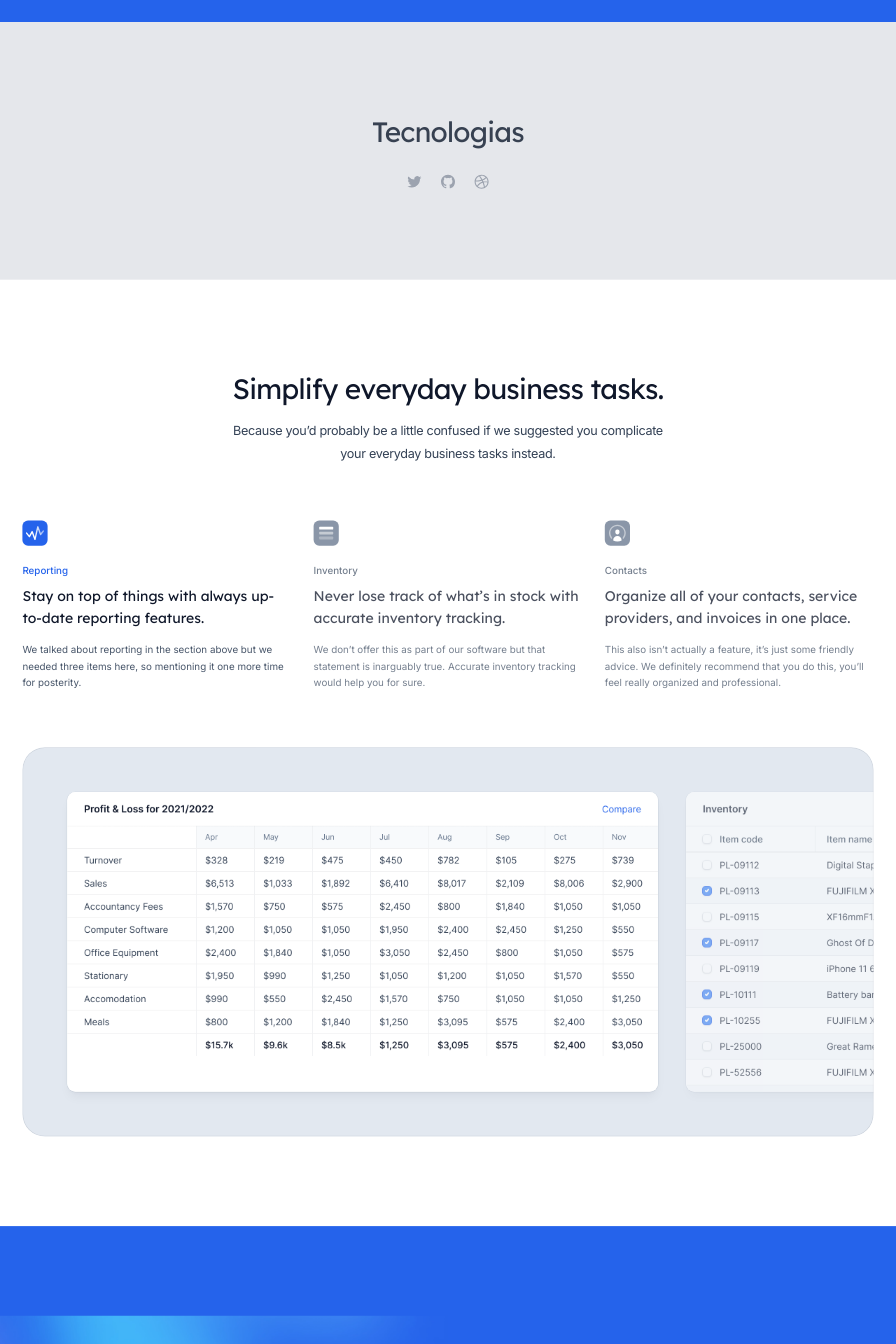
Repository: LuisSempre/imaginative
Page: /
An editor plug-in stored every save of this project. The page is shown before and after the next save, followed by the edit.
The browser window is 1280 px wide. The pictures show the part of the page from y = 3031 to 4951 px (the page is 10286 px tall before and 10262 px after), at 70% of full size.
The project was rebuilt for these pictures with package versions that can differ from the ones it lists, and the page was loaded fresh each time. The framework's server and built-in components were replaced by stand-ins that run in the browser. Also part of the build but not shown: next.config.js.

Above is the page before, as saved 2022-07-15 11:05:42.

### src/pages/index.jsx
import Head from 'next/head'

import { CallToAction } from '@/components/CallToAction'
import { Faqs } from '@/components/Faqs'
import { Footer } from '@/components/Footer'
import { Header } from '@/components/Header'
import { Hero } from '@/components/Hero'
import { Contact } from '@/components/Contact'
import { PrimaryFeatures } from '@/components/PrimaryFeatures'
import { SecondaryFeatures } from '@/components/SecondaryFeatures'
import { Testimonials } from '@/components/Testimonials'
import { Tecnology } from '@/components/Tecnology'

export default function Home() {
  return (
    <>
      <Head>
        <title>TaxPal - Accounting made simple for small businesses</title>
        <meta
          name="description"
          content="Most bookkeeping software is accurate, but hard to use. We make the opposite trade-off, and hope you don’t get audited."
        />
      </Head>
      <Header />
      <main>
        <Hero />
        <PrimaryFeatures />
        <Tecnology />
        <SecondaryFeatures />
        <CallToAction />
        <Testimonials />
        <Contact />
        <Faqs />
      </main>
      <Footer />
    </>
  )
}

### src/components/CallToAction.jsx
import Image from 'next/future/image'

import { Button } from '@/components/Button'
import { Container } from '@/components/Container'
import backgroundImage from '@/images/background-call-to-action.jpg'

export function CallToAction() {
  return (
    <section
      id="get-started-today"
      className="relative overflow-hidden bg-blue-600 py-32"
    >
      <Image
        className="absolute top-1/2 left-1/2 max-w-none -translate-x-1/2 -translate-y-1/2"
        src={backgroundImage}
        alt=""
        width={2347}
        height={1244}
        unoptimized
      />
      <Container className="relative">
        <div className="mx-auto max-w-lg text-center">
          <h2 className="font-display text-3xl tracking-tight text-white sm:text-4xl">
            Get started today
          </h2>
          <p className="mt-4 text-lg tracking-tight text-white">
            It’s time to take control of your books. Buy our software so you can
            feel like you’re doing something productive.
          </p>
          <Button href="/register" color="white" className="mt-10">
            Get 6 months free
          </Button>
        </div>
      </Container>
    </section>
  )
}

### src/components/Footer.jsx
import Link from 'next/link'

import { Container } from '@/components/Container'
import { Logo } from '@/components/Logo'
import { NavLink } from '@/components/NavLink'

export function Footer() {
  return (
    <footer className="bg-slate-50">
      <Container>
        <div className="py-16">
          <Logo className="mx-auto h-10 w-auto" />
          <nav className="mt-10 text-sm" aria-label="quick links">
            <div className="-my-1 flex justify-center gap-x-6">
              <NavLink href="#features">Features</NavLink>
              <NavLink href="#testimonials">Testimonials</NavLink>
              <NavLink href="#pricing">Pricing</NavLink>
            </div>
          </nav>
        </div>
        <div className="flex flex-col items-center border-t border-slate-400/10 py-10 sm:flex-row-reverse sm:justify-between">
          <div className="flex gap-x-6">
            <Link
              href="https://twitter.com"
              className="group"
              aria-label="TaxPal on Twitter"
            >
              <svg
                aria-hidden="true"
                className="h-6 w-6 fill-slate-500 group-hover:fill-slate-700"
              >
                <path d="M8.29 20.251c7.547 0 11.675-6.253 11.675-11.675 0-.178 0-.355-.012-.53A8.348 8.348 0 0 0 22 5.92a8.19 8.19 0 0 1-2.357.646 4.118 4.118 0 0 0 1.804-2.27 8.224 8.224 0 0 1-2.605.996 4.107 4.107 0 0 0-6.993 3.743 11.65 11.65 0 0 1-8.457-4.287 4.106 4.106 0 0 0 1.27 5.477A4.073 4.073 0 0 1 2.8 9.713v.052a4.105 4.105 0 0 0 3.292 4.022 4.093 4.093 0 0 1-1.853.07 4.108 4.108 0 0 0 3.834 2.85A8.233 8.233 0 0 1 2 18.407a11.615 11.615 0 0 0 6.29 1.84" />
              </svg>
            </Link>
            <Link
              href="https://github.com"
              className="group"
              aria-label="TaxPal on GitHub"
            >
              <svg
                aria-hidden="true"
                className="h-6 w-6 fill-slate-500 group-hover:fill-slate-700"
              >
                <path d="M12 2C6.477 2 2 6.484 2 12.017c0 4.425 2.865 8.18 6.839 9.504.5.092.682-.217.682-.483 0-.237-.008-.868-.013-1.703-2.782.605-3.369-1.343-3.369-1.343-.454-1.158-1.11-1.466-1.11-1.466-.908-.62.069-.608.069-.608 1.003.07 1.531 1.032 1.531 1.032.892 1.53 2.341 1.088 2.91.832.092-.647.35-1.088.636-1.338-2.22-.253-4.555-1.113-4.555-4.951 0-1.093.39-1.988 1.029-2.688-.103-.253-.446-1.272.098-2.65 0 0 .84-.27 2.75 1.026A9.564 9.564 0 0 1 12 6.844a9.59 9.59 0 0 1 2.504.337c1.909-1.296 2.747-1.027 2.747-1.027.546 1.379.202 2.398.1 2.651.64.7 1.028 1.595 1.028 2.688 0 3.848-2.339 4.695-4.566 4.943.359.309.678.92.678 1.855 0 1.338-.012 2.419-.012 2.747 0 .268.18.58.688.482A10.02 10.02 0 0 0 22 12.017C22 6.484 17.522 2 12 2Z" />
              </svg>
            </Link>
          </div>
          <p className="mt-6 text-sm text-slate-500 sm:mt-0">
            Copyright &copy; {new Date().getFullYear()} TaxPal. All rights
            reserved.
          </p>
        </div>
      </Container>
    </footer>
  )
}

### src/components/Header.jsx
import { Fragment } from 'react'
import Link from 'next/link'
import { Popover, Transition } from '@headlessui/react'
import clsx from 'clsx'
import { Container } from '@/components/Container'
import { Logo } from '@/components/Logo'
import { NavLink } from '@/components/NavLink'

function MobileNavLink({ href, children }) {
  return (
    <Popover.Button as={Link} href={href} className="block w-full p-2">
      {children}
    </Popover.Button>
  )
}

function MobileNavIcon({ open }) {
  return (
    <svg
      aria-hidden="true"
      className="h-3.5 w-3.5 overflow-visible stroke-slate-700"
      fill="none"
      strokeWidth={2}
      strokeLinecap="round"
    >
      <path
        d="M0 1H14M0 7H14M0 13H14"
        className={clsx(
          'origin-center transition',
          open && 'scale-90 opacity-0'
        )}
      />
      <path
        d="M2 2L12 12M12 2L2 12"
        className={clsx(
          'origin-center transition',
          !open && 'scale-90 opacity-0'
        )}
      />
    </svg>
  )
}

function MobileNavigation() {
  return (
    <Popover>
      <Popover.Button
        className="relative z-10 flex h-8 w-8 items-center justify-center [&:not(:focus-visible)]:focus:outline-none"
        aria-label="Toggle Navigation"
      >
        {({ open }) => <MobileNavIcon open={open} />}
      </Popover.Button>
      <Transition.Root>
        <Transition.Child
          as={Fragment}
          enter="duration-150 ease-out"
          enterFrom="opacity-0"
          enterTo="opacity-100"
          leave="duration-150 ease-in"
          leaveFrom="opacity-100"
          leaveTo="opacity-0"
        >
          <Popover.Overlay className="fixed inset-0 bg-slate-300/50" />
        </Transition.Child>
        <Transition.Child
          as={Fragment}
          enter="duration-150 ease-out"
          enterFrom="opacity-0 scale-95"
          enterTo="opacity-100 scale-100"
          leave="duration-100 ease-in"
          leaveFrom="opacity-100 scale-100"
          leaveTo="opacity-0 scale-95"
        >
          <Popover.Panel
            as="div"
            className="absolute inset-x-0 flex flex-col p-4 mt-4 text-lg tracking-tight origin-top bg-white shadow-xl top-full rounded-2xl text-slate-900 ring-1 ring-slate-900/5"
          >
            <MobileNavLink href="#services">Serviços</MobileNavLink>
            <MobileNavLink href="#portifolio">Portfólio</MobileNavLink>
            <MobileNavLink href="#sobre">Sobre</MobileNavLink>
          </Popover.Panel>
        </Transition.Child>
      </Transition.Root>
    </Popover>
  )
}

export function Header() {
  return (
    <header className="py-10">
      <Container>
        <nav className="relative z-50 flex justify-between">
          <div className="flex items-center md:gap-x-12">
            <Link href="#" aria-label="Home">
              <Logo className="w-auto h-10" />
            </Link>
          </div>
          <div className="flex items-center gap-x-5 md:gap-x-8">
            <div className="hidden md:flex">
              <NavLink href="#services">Serviços</NavLink>
              <NavLink href="#portifolio">Portfólio</NavLink>
              <NavLink href="#sobre">Sobre</NavLink>
            </div>
            <div className="-mr-1 md:hidden">
              <MobileNavigation />
            </div>
          </div>
        </nav>
      </Container>
    </header>
  )
}

### src/components/Hero.jsx
import Image from 'next/future/image'

import { Button } from '@/components/Button'
import { Container } from '@/components/Container'
import logoLaravel from '@/images/logos/laravel.svg'
import logoMirage from '@/images/logos/mirage.svg'
import logoStatamic from '@/images/logos/statamic.svg'
import logoStaticKit from '@/images/logos/statickit.svg'
import logoTransistor from '@/images/logos/transistor.svg'
import logoTuple from '@/images/logos/tuple.svg'

export function Hero() {
  return (
    <Container className="pt-20 pb-16 text-center lg:pt-32">
      <h1 className="max-w-4xl mx-auto text-5xl font-medium tracking-tight font-display text-slate-900 sm:text-7xl">
        Construindo{' '}
        <span className="relative text-blue-500 whitespace-nowrap">
          <svg
            aria-hidden="true"
            viewBox="0 0 418 42"
            className="absolute top-2/3 left-0 h-[0.58em] w-full fill-blue-300/70"
            preserveAspectRatio="none"
          >
            <path d="M203.371.916c-26.013-2.078-76.686 1.963-124.73 9.946L67.3 12.749C35.421 18.062 18.2 21.766 6.004 25.934 1.244 27.561.828 27.778.874 28.61c.07 1.214.828 1.121 9.595-1.176 9.072-2.377 17.15-3.92 39.246-7.496C123.565 7.986 157.869 4.492 195.942 5.046c7.461.108 19.25 1.696 19.17 2.582-.107 1.183-7.874 4.31-25.75 10.366-21.992 7.45-35.43 12.534-36.701 13.884-2.173 2.308-.202 4.407 4.442 4.734 2.654.187 3.263.157 15.593-.78 35.401-2.686 57.944-3.488 88.365-3.143 46.327.526 75.721 2.23 130.788 7.584 19.787 1.924 20.814 1.98 24.557 1.332l.066-.011c1.201-.203 1.53-1.825.399-2.335-2.911-1.31-4.893-1.604-22.048-3.261-57.509-5.556-87.871-7.36-132.059-7.842-23.239-.254-33.617-.116-50.627.674-11.629.54-42.371 2.494-46.696 2.967-2.359.259 8.133-3.625 26.504-9.81 23.239-7.825 27.934-10.149 28.304-14.005.417-4.348-3.529-6-16.878-7.066Z" />
          </svg>
          <span className="relative">software inovador</span>
        </span>{' '}
        para você crescer.
      </h1>
      <p className="max-w-2xl mx-auto mt-6 text-xl tracking-tight text-slate-700">
        Desenvolvimento de aplicativos web e mobile
      </p>
      <div className="flex justify-center mt-10 gap-x-6">
        <Button className="px-12 py-4 text-xl" href="#contato">
          Entre em contato
        </Button>
      </div>
      <div className="mt-36 lg:mt-44">
        <p className="text-base font-display text-slate-900">
         Confiado por empresas inovadoras
        </p>
        <ul
          role="list"
          className="flex items-center justify-center mt-8 gap-x-8 sm:flex-col sm:gap-x-0 sm:gap-y-10 xl:flex-row xl:gap-x-12 xl:gap-y-0"
        >
          {[
            [
              { name: 'Transistor', logo: logoTransistor },
              { name: 'Tuple', logo: logoTuple },
              { name: 'StaticKit', logo: logoStaticKit },
            ],
            [
              { name: 'Mirage', logo: logoMirage },
              { name: 'Laravel', logo: logoLaravel },
              { name: 'Statamic', logo: logoStatamic },
            ],
          ].map((group, groupIndex) => (
            <li key={groupIndex}>
              <ul
                role="list"
                className="flex flex-col items-center gap-y-8 sm:flex-row sm:gap-x-12 sm:gap-y-0"
              >
                {group.map((company) => (
                  <li key={company.name} className="flex">
                    <Image src={company.logo} alt={company.name} unoptimized />
                  </li>
                ))}
              </ul>
            </li>
          ))}
        </ul>
      </div>
    </Container>
  )
}

### src/components/Tecnology.jsx
import { Container } from '@/components/Container'
import { FaReact, FaVuejs, FaNodejs, FaPhoenixFramework } from 'react-icons/fa'
import { SiElixir, SiTypescript } from 'react-icons/si'
const navigation = {
  social: [
    // {
    //   name: 'Instagram',
    //   href: '#',
    //   icon: () => {
    //     return (
    //       <FaNodejs />
    //     )
    //   },
    // },
    {
      name: 'Twitter',
      href: '#',
      icon: (props) => (
        <svg fill="currentColor" viewBox="0 0 24 24" {...props}>
          <path d="M8.29 20.251c7.547 0 11.675-6.253 11.675-11.675 0-.178 0-.355-.012-.53A8.348 8.348 0 0022 5.92a8.19 8.19 0 01-2.357.646 4.118 4.118 0 001.804-2.27 8.224 8.224 0 01-2.605.996 4.107 4.107 0 00-6.993 3.743 11.65 11.65 0 01-8.457-4.287 4.106 4.106 0 001.27 5.477A4.072 4.072 0 012.8 9.713v.052a4.105 4.105 0 003.292 4.022 4.095 4.095 0 01-1.853.07 4.108 4.108 0 003.834 2.85A8.233 8.233 0 012 18.407a11.616 11.616 0 006.29 1.84" />
        </svg>
      ),
    },
    {
      name: 'GitHub',
      href: '#',
      icon: (props) => (
        <svg fill="currentColor" viewBox="0 0 24 24" {...props}>
          <path
            fillRule="evenodd"
            d="M12 2C6.477 2 2 6.484 2 12.017c0 4.425 2.865 8.18 6.839 9.504.5.092.682-.217.682-.483 0-.237-.008-.868-.013-1.703-2.782.605-3.369-1.343-3.369-1.343-.454-1.158-1.11-1.466-1.11-1.466-.908-.62.069-.608.069-.608 1.003.07 1.531 1.032 1.531 1.032.892 1.53 2.341 1.088 2.91.832.092-.647.35-1.088.636-1.338-2.22-.253-4.555-1.113-4.555-4.951 0-1.093.39-1.988 1.029-2.688-.103-.253-.446-1.272.098-2.65 0 0 .84-.27 2.75 1.026A9.564 9.564 0 0112 6.844c.85.004 1.705.115 2.504.337 1.909-1.296 2.747-1.027 2.747-1.027.546 1.379.202 2.398.1 2.651.64.7 1.028 1.595 1.028 2.688 0 3.848-2.339 4.695-4.566 4.943.359.309.678.92.678 1.855 0 1.338-.012 2.419-.012 2.747 0 .268.18.58.688.482A10.019 10.019 0 0022 12.017C22 6.484 17.522 2 12 2z"
            clipRule="evenodd"
          />
        </svg>
      ),
    },
    {
      name: 'Dribbble',
      href: '#',
      icon: (props) => (
        <svg fill="currentColor" viewBox="0 0 24 24" {...props}>
          <path
            fillRule="evenodd"
            d="M12 2C6.48 2 2 6.48 2 12s4.48 10 10 10c5.51 0 10-4.48 10-10S17.51 2 12 2zm6.605 4.61a8.502 8.502 0 011.93 5.314c-.281-.054-3.101-.629-5.943-.271-.065-.141-.12-.293-.184-.445a25.416 25.416 0 00-.564-1.236c3.145-1.28 4.577-3.124 4.761-3.362zM12 3.475c2.17 0 4.154.813 5.662 2.148-.152.216-1.443 1.941-4.48 3.08-1.399-2.57-2.95-4.675-3.189-5A8.687 8.687 0 0112 3.475zm-3.633.803a53.896 53.896 0 013.167 4.935c-3.992 1.063-7.517 1.04-7.896 1.04a8.581 8.581 0 014.729-5.975zM3.453 12.01v-.26c.37.01 4.512.065 8.775-1.215.25.477.477.965.694 1.453-.109.033-.228.065-.336.098-4.404 1.42-6.747 5.303-6.942 5.629a8.522 8.522 0 01-2.19-5.705zM12 20.547a8.482 8.482 0 01-5.239-1.8c.152-.315 1.888-3.656 6.703-5.337.022-.01.033-.01.054-.022a35.318 35.318 0 011.823 6.475 8.4 8.4 0 01-3.341.684zm4.761-1.465c-.086-.52-.542-3.015-1.659-6.084 2.679-.423 5.022.271 5.314.369a8.468 8.468 0 01-3.655 5.715z"
            clipRule="evenodd"
          />
        </svg>
      ),
    },
  ],
}
export function Tecnology() {
  return (
    <section
      id="get-started-today"
      className="relative py-32 overflow-hidden bg-gray-200"
    >
      <Container className="relative">
        <div className="max-w-lg mx-auto text-center">
          <h2 className="text-3xl tracking-tight text-gray-700 font-display sm:text-4xl">
            Tecnologias
          </h2>
          <div className="flex justify-center mt-8 space-x-6">
            {navigation.social.map((item) => (
              <a
                key={item.name}
                href={item.href}
                className="text-gray-400 hover:text-gray-500"
              >
                <span className="sr-only">{item.name}</span>
                <item.icon className="w-6 h-6" aria-hidden="true" />
              </a>
            ))}
          </div>
        </div>
      </Container>
    </section>
  )
}

### src/components/Button.jsx
import Link from 'next/link'
import clsx from 'clsx'

const baseStyles = {
  solid:
    'group inline-flex items-center justify-center rounded-full py-2 px-4 text-sm font-semibold focus:outline-none focus-visible:outline-2 focus-visible:outline-offset-2',
  outline:
    'group inline-flex ring-1 items-center justify-center rounded-full py-2 px-4 text-sm focus:outline-none',
}

const variantStyles = {
  solid: {
    slate:
      'bg-slate-900 text-white hover:bg-slate-700 hover:text-slate-100 active:bg-slate-800 active:text-slate-300 focus-visible:outline-slate-900',
    blue: 'bg-blue-600 text-white hover:text-slate-100 hover:bg-blue-500 active:bg-blue-800 active:text-blue-100 focus-visible:outline-blue-600',
    white:
      'bg-white text-slate-900 hover:bg-blue-50 active:bg-blue-200 active:text-slate-600 focus-visible:outline-white',
  },
  outline: {
    slate:
      'ring-slate-200 text-slate-700 hover:text-slate-900 hover:ring-slate-300 active:bg-slate-100 active:text-slate-600 focus-visible:outline-blue-600 focus-visible:ring-slate-300',
    white:
      'ring-slate-700 text-white hover:ring-slate-500 active:ring-slate-700 active:text-slate-400 focus-visible:outline-white',
  },
}

export function Button({
  variant = 'solid',
  color = 'slate',
  className,
  href,
  ...props
}) {
  className = clsx(
    baseStyles[variant],
    variantStyles[variant][color],
    className
  )

  return href ? (
    <Link href={href} className={className} {...props} />
  ) : (
    <button className={className} {...props} />
  )
}

### src/components/Logo.jsx
import Image from 'next/image'
import logo from '../images/logos/logo.png'
export function Logo(props) {
  return <Image src={logo}  width={200}  height={32} alt="Picture of the author" />
}

Loaded but not shown: src/pages/_app.jsx (common file); src/pages/_document.jsx (common file); src/styles/tailwind.css (common file); src/components/Container.jsx (common file); src/components/NavLink.jsx (common file); tailwind.config.js (common file); src/components/Contact.jsx (187 lines, source omitted); src/components/SecondaryFeatures.jsx (231 lines, source omitted); src/components/Testimonials.jsx (144 lines, source omitted); src/components/PrimaryFeatures.jsx (157 lines, source omitted); src/components/Faqs.jsx (110 lines, source omitted)

After the next save:
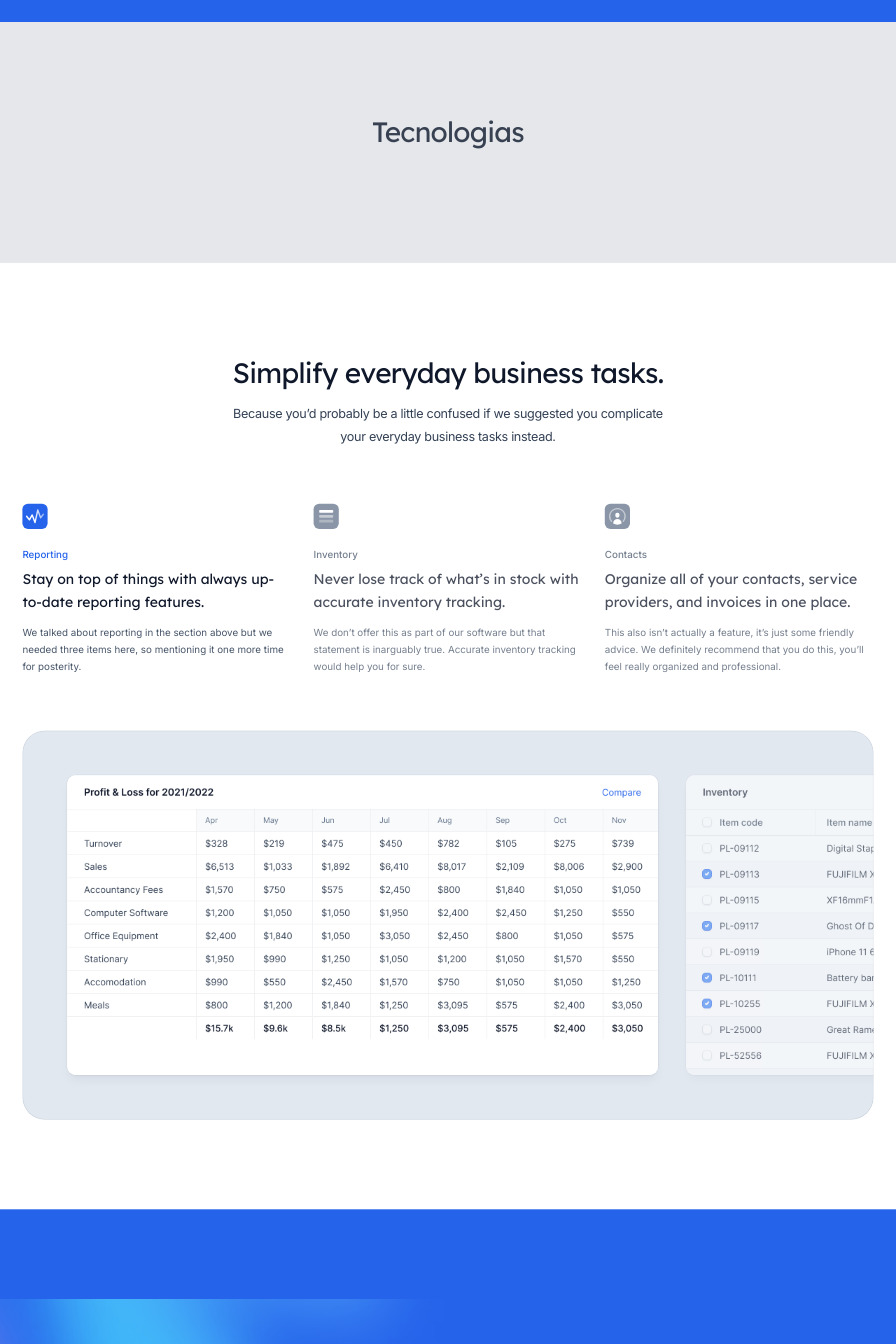
Saved 2 min 20 s later.
--- a/src/components/Tecnology.jsx
+++ b/src/components/Tecnology.jsx
@@ -1,54 +1,9 @@
 import { Container } from '@/components/Container'
 import { FaReact, FaVuejs, FaNodejs, FaPhoenixFramework } from 'react-icons/fa'
 import { SiElixir, SiTypescript } from 'react-icons/si'
-const navigation = {
-  social: [
-    // {
-    //   name: 'Instagram',
-    //   href: '#',
-    //   icon: () => {
-    //     return (
-    //       <FaNodejs />
-    //     )
-    //   },
-    // },
-    {
-      name: 'Twitter',
-      href: '#',
-      icon: (props) => (
-        <svg fill="currentColor" viewBox="0 0 24 24" {...props}>
-          <path d="M8.29 20.251c7.547 0 11.675-6.253 11.675-11.675 0-.178 0-.355-.012-.53A8.348 8.348 0 0022 5.92a8.19 8.19 0 01-2.357.646 4.118 4.118 0 001.804-2.27 8.224 8.224 0 01-2.605.996 4.107 4.107 0 00-6.993 3.743 11.65 11.65 0 01-8.457-4.287 4.106 4.106 0 001.27 5.477A4.072 4.072 0 012.8 9.713v.052a4.105 4.105 0 003.292 4.022 4.095 4.095 0 01-1.853.07 4.108 4.108 0 003.834 2.85A8.233 8.233 0 012 18.407a11.616 11.616 0 006.29 1.84" />
-        </svg>
-      ),
-    },
-    {
-      name: 'GitHub',
-      href: '#',
-      icon: (props) => (
-        <svg fill="currentColor" viewBox="0 0 24 24" {...props}>
-          <path
-            fillRule="evenodd"
-            d="M12 2C6.477 2 2 6.484 2 12.017c0 4.425 2.865 8.18 6.839 9.504.5.092.682-.217.682-.483 0-.237-.008-.868-.013-1.703-2.782.605-3.369-1.343-3.369-1.343-.454-1.158-1.11-1.466-1.11-1.466-.908-.62.069-.608.069-.608 1.003.07 1.531 1.032 1.531 1.032.892 1.53 2.341 1.088 2.91.832.092-.647.35-1.088.636-1.338-2.22-.253-4.555-1.113-4.555-4.951 0-1.093.39-1.988 1.029-2.688-.103-.253-.446-1.272.098-2.65 0 0 .84-.27 2.75 1.026A9.564 9.564 0 0112 6.844c.85.004 1.705.115 2.504.337 1.909-1.296 2.747-1.027 2.747-1.027.546 1.379.202 2.398.1 2.651.64.7 1.028 1.595 1.028 2.688 0 3.848-2.339 4.695-4.566 4.943.359.309.678.92.678 1.855 0 1.338-.012 2.419-.012 2.747 0 .268.18.58.688.482A10.019 10.019 0 0022 12.017C22 6.484 17.522 2 12 2z"
-            clipRule="evenodd"
-          />
-        </svg>
-      ),
-    },
-    {
-      name: 'Dribbble',
-      href: '#',
-      icon: (props) => (
-        <svg fill="currentColor" viewBox="0 0 24 24" {...props}>
-          <path
-            fillRule="evenodd"
-            d="M12 2C6.48 2 2 6.48 2 12s4.48 10 10 10c5.51 0 10-4.48 10-10S17.51 2 12 2zm6.605 4.61a8.502 8.502 0 011.93 5.314c-.281-.054-3.101-.629-5.943-.271-.065-.141-.12-.293-.184-.445a25.416 25.416 0 00-.564-1.236c3.145-1.28 4.577-3.124 4.761-3.362zM12 3.475c2.17 0 4.154.813 5.662 2.148-.152.216-1.443 1.941-4.48 3.08-1.399-2.57-2.95-4.675-3.189-5A8.687 8.687 0 0112 3.475zm-3.633.803a53.896 53.896 0 013.167 4.935c-3.992 1.063-7.517 1.04-7.896 1.04a8.581 8.581 0 014.729-5.975zM3.453 12.01v-.26c.37.01 4.512.065 8.775-1.215.25.477.477.965.694 1.453-.109.033-.228.065-.336.098-4.404 1.42-6.747 5.303-6.942 5.629a8.522 8.522 0 01-2.19-5.705zM12 20.547a8.482 8.482 0 01-5.239-1.8c.152-.315 1.888-3.656 6.703-5.337.022-.01.033-.01.054-.022a35.318 35.318 0 011.823 6.475 8.4 8.4 0 01-3.341.684zm4.761-1.465c-.086-.52-.542-3.015-1.659-6.084 2.679-.423 5.022.271 5.314.369a8.468 8.468 0 01-3.655 5.715z"
-            clipRule="evenodd"
-          />
-        </svg>
-      ),
-    },
-  ],
-}
+const navigation = [
+
+]
 export function Tecnology() {
   return (
     <section
@@ -61,7 +16,7 @@
             Tecnologias
           </h2>
           <div className="flex justify-center mt-8 space-x-6">
-            {navigation.social.map((item) => (
+            {navigation.map((item) => (
               <a
                 key={item.name}
                 href={item.href}
